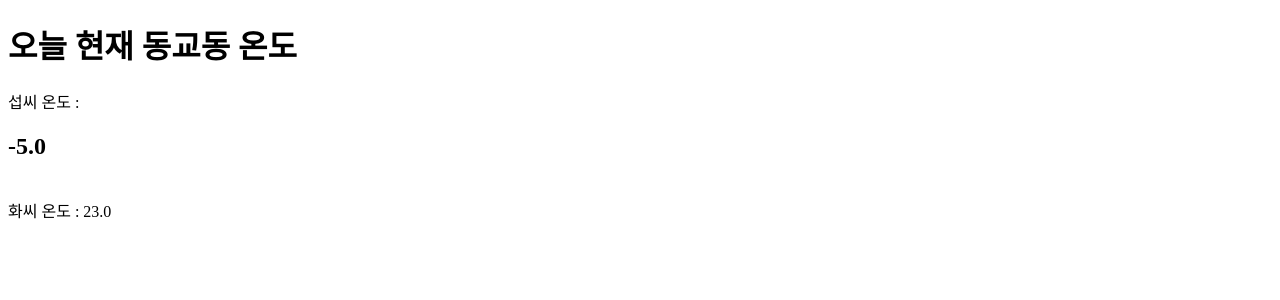
Repository: markahn02050/jsp_practice
Page: http://localhost/JSPBasic/JspTag/TagQ04.jsp
These files come from the project's save history. The page is drawn as it stood at one moment and after the next save; the edit follows.
The browser window is 1280 px wide. The pictures show the whole page.
The page is served by Tomcat 9.

Above is the page before, as saved 2022-02-03 02:23:37.

### JSPBasic/src/main/webapp/JspTag/TagQ04.jsp
<%@ page language="java" contentType="text/html; charset=UTF-8"
    pageEncoding="UTF-8"%>
<!DOCTYPE html>
<html>
<head>
<meta charset="UTF-8">
<title>Insert title here</title>
</head>
<body>
<%-- JSP주석은 이렇게 작성합니다.
JSP 주석은 소스보기에 나타나지 않습니다. --%>
<!--  html주석은 소스보기에 나타납니다. -->

	<%!
		double celcius = -5.0;

		double CtoF(double c){

			return c * 1.8 + 32;
		}
	%>

	<h1>오늘 현재 동교동 온도</h1>

	섭씨 온도 : <h2><%= celcius %></h2> <br/>
	화씨 온도 : <%= CtoF(celcius) %> <br/>

</body>
</html>

After the next save:
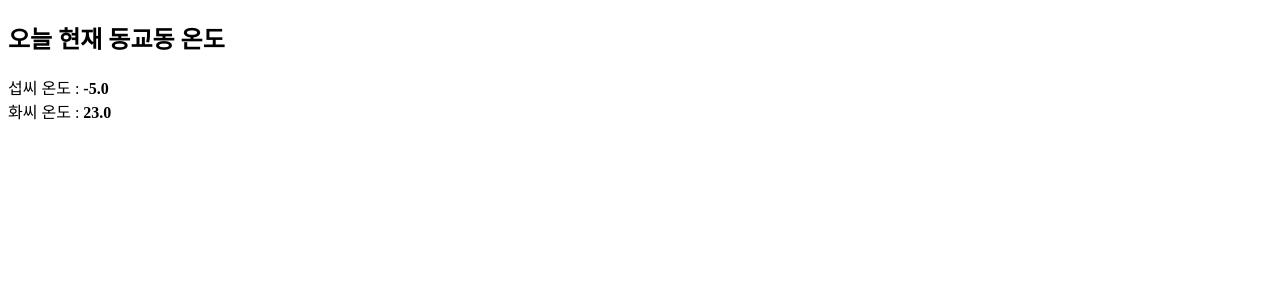
Saved 7 s later.
--- a/JSPBasic/src/main/webapp/JspTag/TagQ04.jsp
+++ b/JSPBasic/src/main/webapp/JspTag/TagQ04.jsp
@@ -8,22 +8,31 @@
 </head>
 <body>
 <%-- JSP주석은 이렇게 작성합니다.
-JSP 주석은 소스보기에 나타나지 않습니다. --%>
-<!--  html주석은 소스보기에 나타납니다. -->
+JSP주석은 소스보기에 나타나지 않습니다.--%>
+<!-- html주석은 소스보기에 나타납니다. -->
 
-	<%!
-		double celcius = -5.0;
+<%-- 선언부를 이용해서 함수 및 변수를 만들어 보세요.
+변수는 celcius 라는 이름의 double형 변수로 만들어주세요.
+함수는 CtoF라는 이름의 double형 자료를 하나 입력받고
+double형 자료를 리턴해주게 만들어주세요
+celcius라는 함수는 오늘의 섭씨 온도로 초기화시켜주세요.
+스크립트릿을 이용해서 celcius를 파라미터로 넘겨서 CtoF 함수를 호출해주세요.
+함수를 호출한 결과를 out.println() 으로 화면에 표출시켜주시면 됩니다.
+화씨 -> 섭씨 공식
+(화씨 온도  - 32) / 1.8 = 섭씨 온도
+--%>
+<%!
+double celcius = -5.0;
+double CtoF(double celcius){
 
-		double CtoF(double c){
-
-			return c * 1.8 + 32;
-		}
-	%>
-
-	<h1>오늘 현재 동교동 온도</h1>
-
-	섭씨 온도 : <h2><%= celcius %></h2> <br/>
-	화씨 온도 : <%= CtoF(celcius) %> <br/>
+	return celcius * 1.8 + 32;
+}
+%>
+<h2>오늘 현재 동교동 온도</h2>
+<%
+out.println("섭씨 온도 : <b>" + celcius + "</b><br/>");
+out.println("화씨 온도 : <b>"+ CtoF(celcius)+"</b>");
+%>
 
 </body>
 </html>
